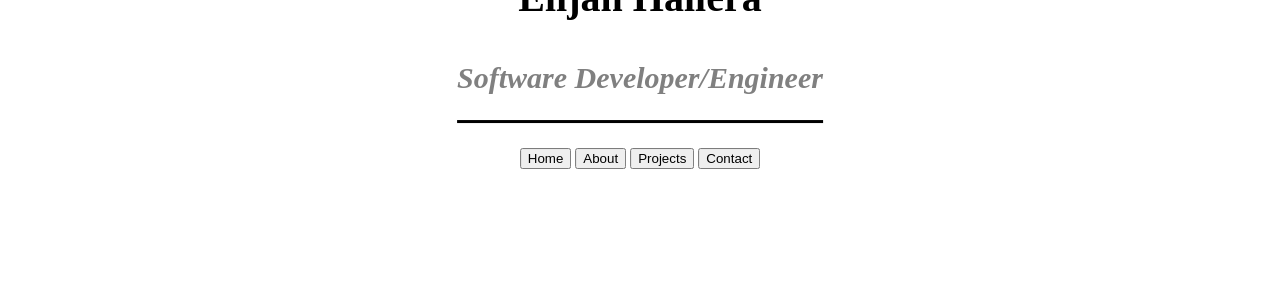
Repository: ElijahHallera/ElijahHallera.github.io
Page: http://localhost/
The author's editor kept a record of every edit. The page is drawn from the files as they stood at one moment, then again after the next edit.
The browser window is 1280 px wide. The pictures show the whole page.
The page is served by the project's Node server (index.js).

Above is the page before.

After the next edit:
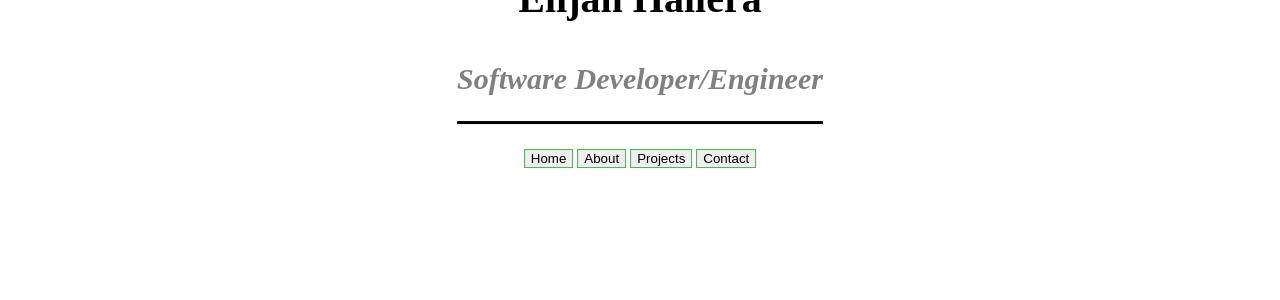
The edit:
--- a/public/app.css
+++ b/public/app.css
@@ -36,6 +36,7 @@
 
 .button {
   transition-duration: 0.4s;
+  border: 1px solid #4CAF50;
 }
 
 .button:hover {
